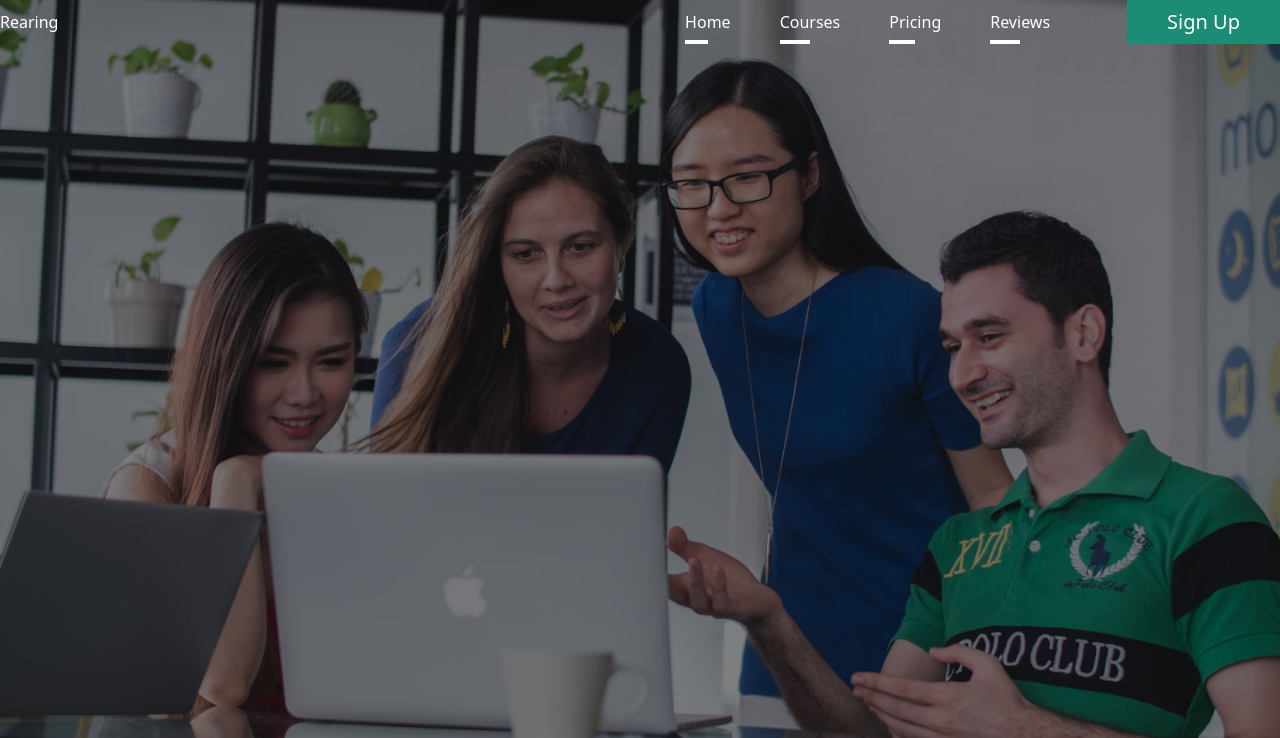
Repository: vandangnhathung/educationplatform
Page: /
The author's editor kept a copy of each file at every save. The page is drawn from the files as they stood at one save, then again after the next save.
The browser window is 1280 px wide. The pictures show the whole page.
The project was rebuilt for these pictures with package versions that can differ from the ones it lists, and the page was loaded fresh each time.

Above is the page before, as saved 2022-06-20 14:53:30.

### src/index.js
import React from "react";
import ReactDOM from "react-dom/client";
import App from "./App";
import reportWebVitals from "./reportWebVitals";
import "./index.css";
const root = ReactDOM.createRoot(document.getElementById("root"));
root.render(
  <React.StrictMode>
    <App />
  </React.StrictMode>
);

// If you want to start measuring performance in your app, pass a function
// to log results (for example: reportWebVitals(console.log))
// or send to an analytics endpoint. Learn more: https://bit.ly/CRA-vitals
reportWebVitals();

### src/App.js
import Header from "./components/Header";

function App() {
  return (
    <>
      <Header></Header>
    </>
  );
}

export default App;

### src/index.css
@tailwind base;
@tailwind components;
@tailwind utilities;

*,
*::before,
*::after {
  box-sizing: border-box;
}
* {
  margin: 0;
  padding: 0;
}

html,
body {
  height: 100%;
}
body {
  line-height: 1.5;
}

img,
picture,
video,
canvas,
svg {
  display: block;
  max-width: 100%;
}
input,
button,
textarea,
select {
  font: inherit;
  outline: none;
}
p,
h1,
h2,
h3,
h4,
h5,
h6 {
  overflow-wrap: break-word;
}

.container {
  max-width: 1280px;
  margin: 0 auto;
  width: 100%;
}

.active {
  position: relative;
}

.active::before {
  content: "";
  display: block;
  position: absolute;
  bottom: -10px;
  width: 50%;
  padding: 2px;
  left: 0;
  background-color: #fff;
}

### src/components/Header.js
import React, { useEffect } from "react";
import headerImg from "../images/Images.png";
const Header = () => {
  const headerNav = [
    {
      id: 1,
      title: "Home",
    },
    {
      id: 2,
      title: "Courses",
    },
    {
      id: 3,
      title: "Pricing",
    },
    {
      id: 4,
      title: "Reviews",
    },
  ];
  return (
    <header>
      <div className="relative">
        <img src={headerImg} alt="header_img" className="w-full" />
        <div className="absolute inset-0 bg-black opacity-50"></div>
        <div class="absolute top-0  left-0 right-0 ">
          <div class="container ">
            <div className=" text-white flex items-center justify-between">
              <div className="">Rearing</div>
              <div className="flex items-center justify-center">
                <nav className="mr-[77px]">
                  <ul className="flex items-center justify-center gap-x-[49px] ">
                    {headerNav.map((item) => (
                      <li className="active" key={item.id}>
                        {item.title}
                      </li>
                    ))}
                  </ul>
                </nav>
                <button className="py-2 px-10 bg-[#1D8C74] text-white text-xl ">
                  Sign Up
                </button>
              </div>
            </div>
          </div>
        </div>
      </div>
    </header>
  );
};

export default Header;

Loaded but not shown: public/index.html (common file); src/reportWebVitals.js (common file); tailwind.config.js (common file)

After the next save:
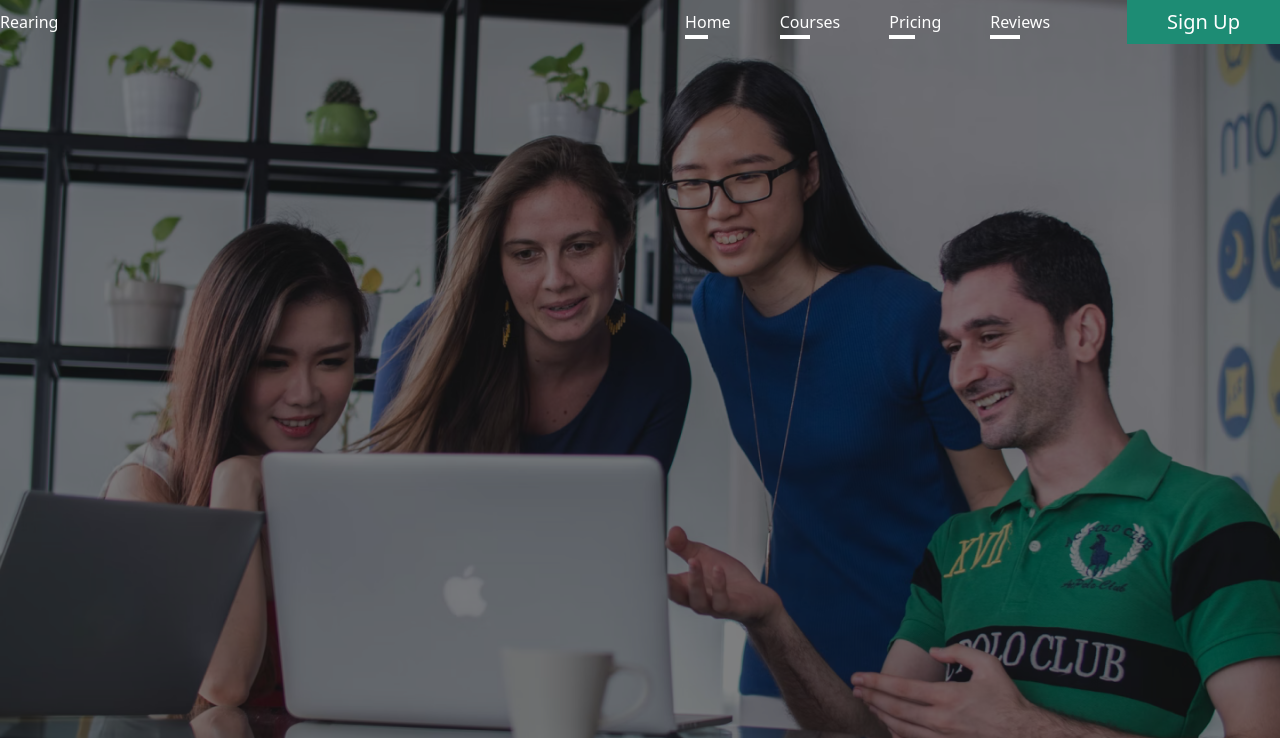
Saved 5 s later.
--- a/src/index.css
+++ b/src/index.css
@@ -59,7 +59,7 @@ h6 {
   content: "";
   display: block;
   position: absolute;
-  bottom: -10px;
+  bottom: -5px;
   width: 50%;
   padding: 2px;
   left: 0;
